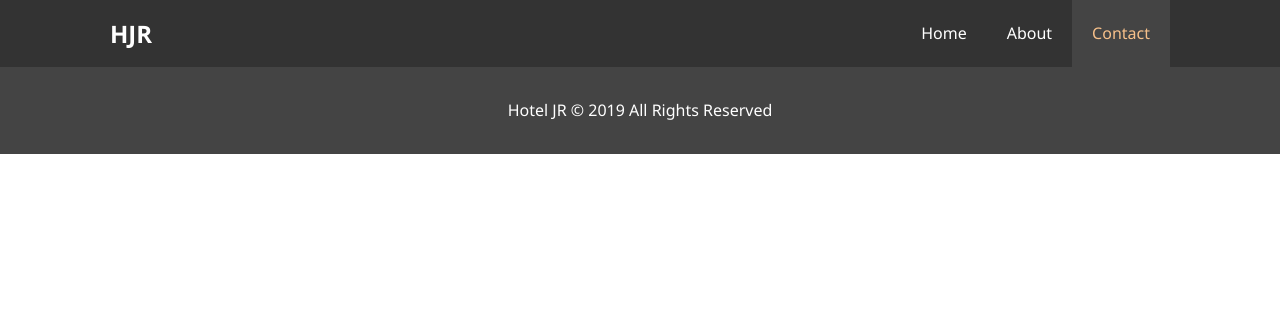
Repository: dimlutine/Hotel-Project
Page: contact.html
These files come from the project's save history. The page is drawn as it stood at one moment and after the next save; the edit follows.
The browser window is 1280 px wide. The pictures show the whole page.
Some web libraries are served in a nearby version.

Above is the page before, as saved 2019-07-05 23:02:56.

After the next save:
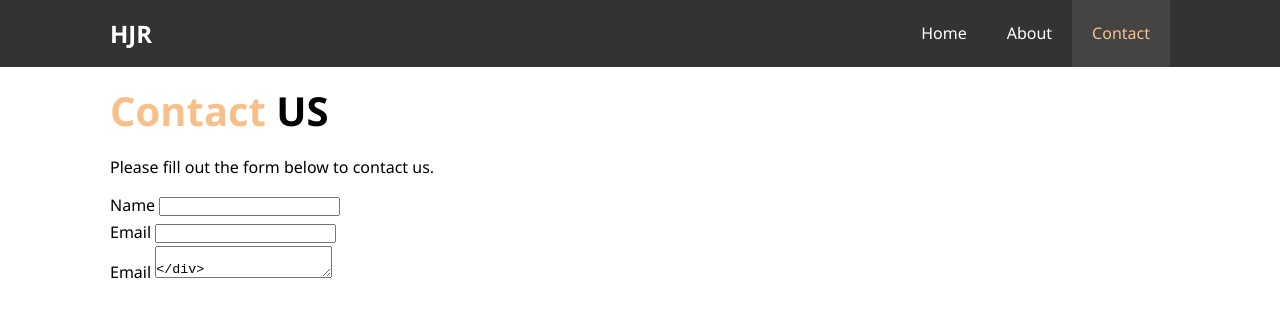
Saved 4 min 10 s later.
--- a/contact.html
+++ b/contact.html
@@ -27,7 +27,28 @@
         </nav>
 
     </header>
-
+    <section id="contact-form" class="py-3">
+        <div class="container">
+            <h1 class="l-heading">
+                <span class="text-primary">Contact</span> US
+            </h1>
+            <p>Please fill out the form below to contact us.</p>
+            <form action="process.php">
+                <div class="form-group">
+                    <label for="name">Name</label>
+                    <input type="text" name="name" id="name">
+                </div>
+                <div class="form-group">
+                    <label for="email">Email</label>
+                    <input type="email" name="email" id="email">
+                </div>
+                <div class="form-group">
+                    <label for="message">Email</label>
+                    <textarea type="text" name="message" id="message">
+                    </div>
+            </form>
+        </div>
+    </section>
     <footer id="main-footer">
         <p>Hotel JR &copy; 2019 All Rights Reserved</p>
     </footer>
